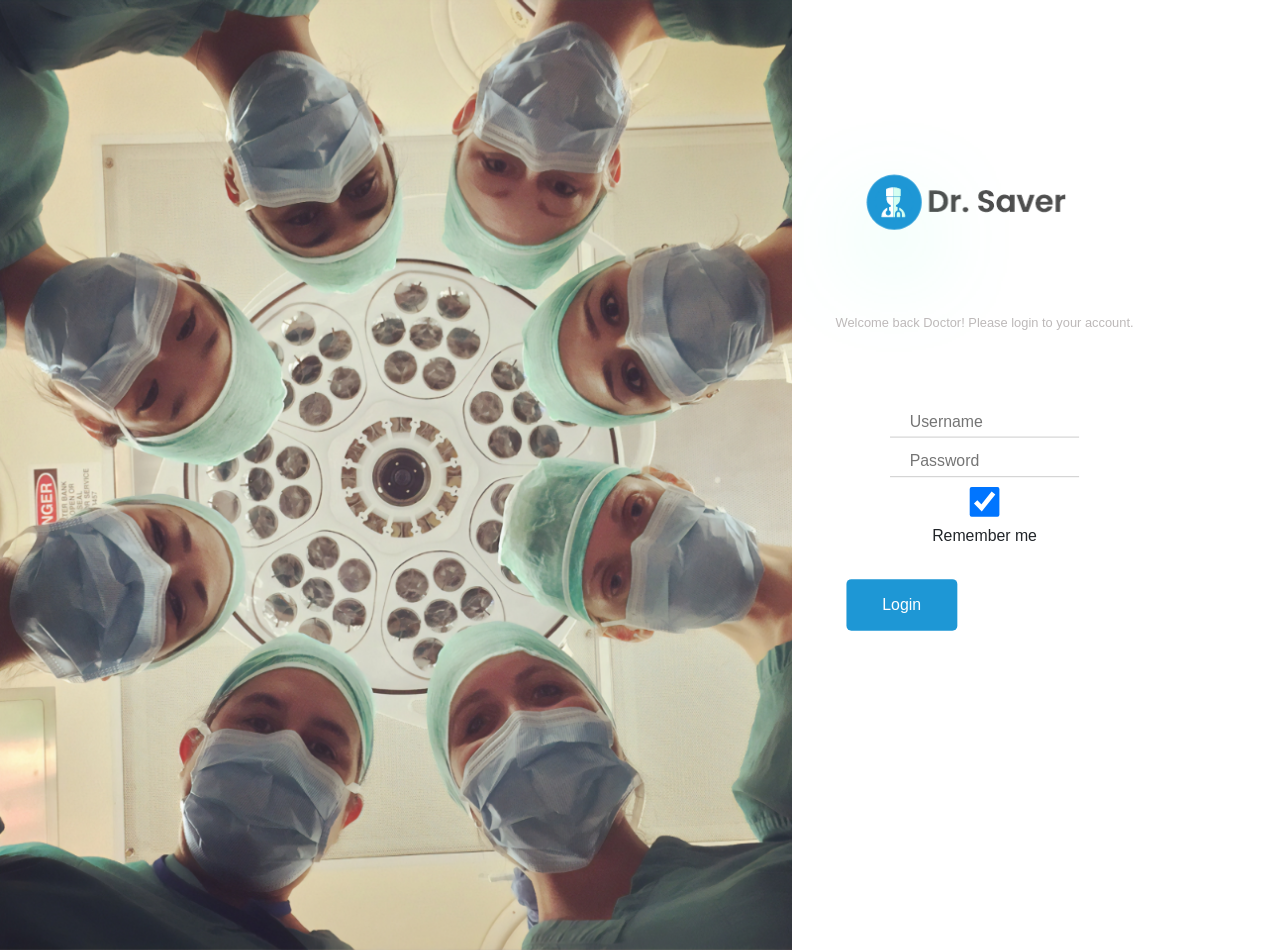
Repository: nsra/hadeel_doctor_system
Page: doctor/Dlogin.html
The author's editor kept a copy of each file at every save. The page is drawn from the files as they stood at one save, then again after a run of saves.
The browser window is 1280 px wide. The page is 1295 px wide, so the pictures cover 1295 px, including what lies to the right of the window. The pictures show the whole page, at 99% of full size.
Some web fonts or font styles are not loaded; a fallback is used. Some web libraries are served in a nearby version.

Above is the page before, as saved 2022-03-29 16:46:23.

After the next 2 saves:
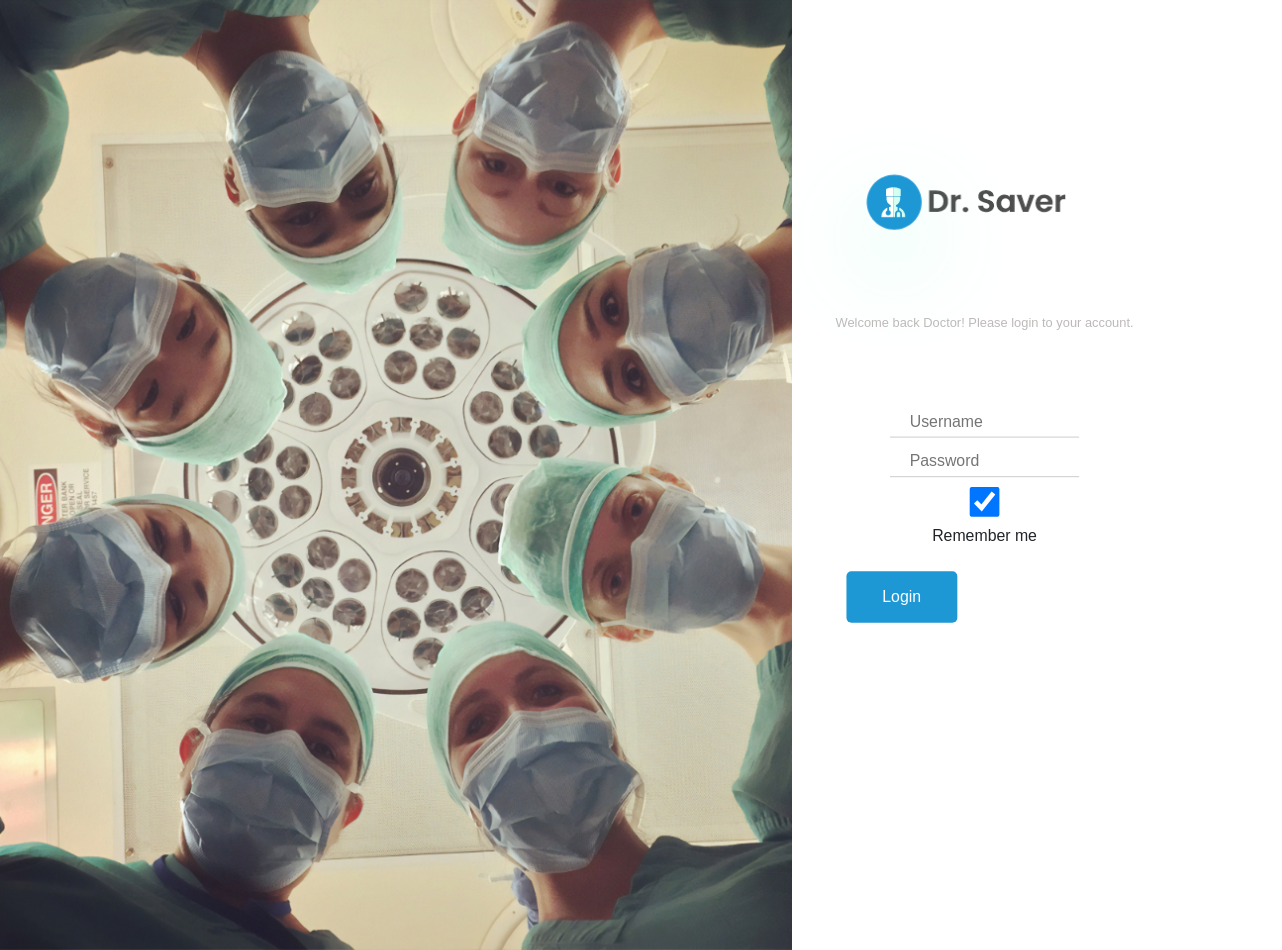
The 2 saves are shown as one change because they came seconds apart.
The last was saved 67 s later.
--- a/doctor/Dlogin.html
+++ b/doctor/Dlogin.html
@@ -37,9 +37,8 @@
               <input type="password" placeholder="Password" name="psw" required>
 
 
-              <label>
                 <input type="checkbox" checked="checked" name="remember"> Remember me
-              </label>
+
 
             </div>
            <button type="submit">Login</button>
